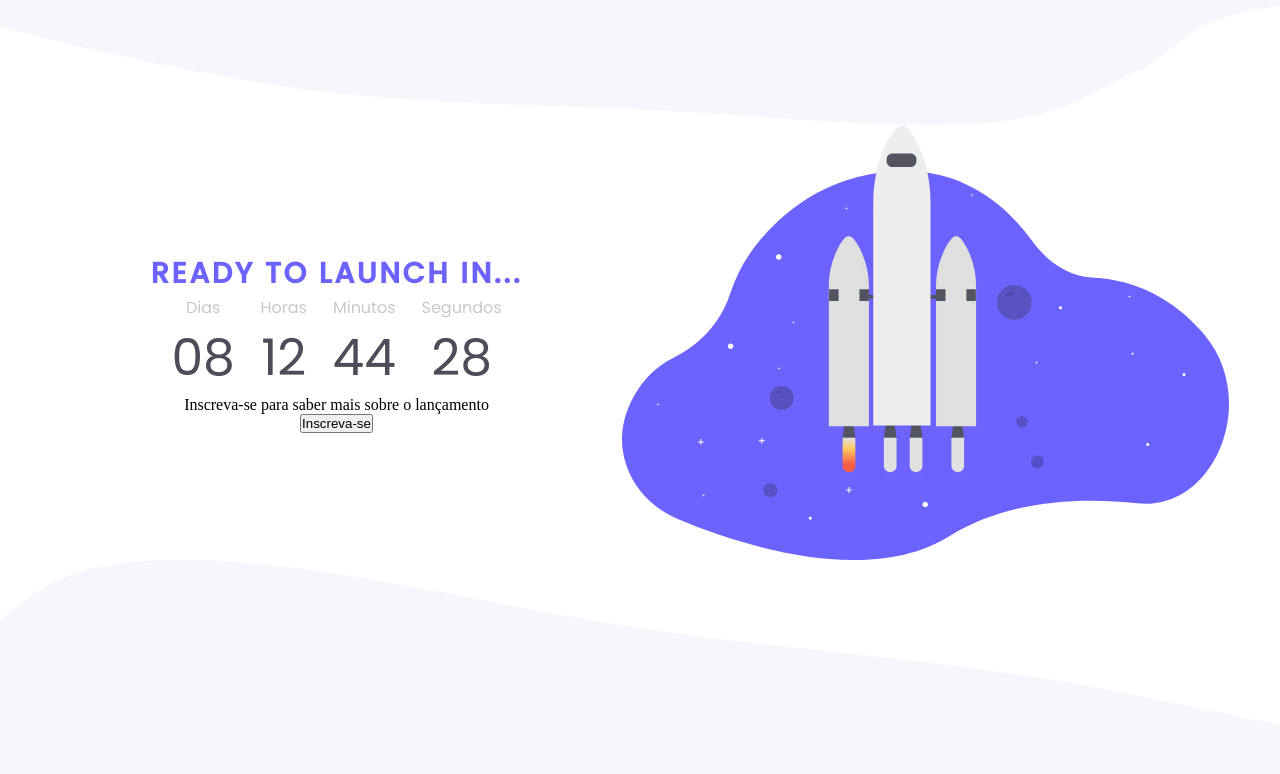
Repository: BrunoBross/countdown
Page: index.html
These files come from the project's save history. The page is drawn as it stood at one moment and after a run of saves; the edit follows.
The browser window is 1280 px wide. The pictures show the whole page.

Above is the page before, as saved 2021-11-30 00:59:17.

After the next 2 saves:
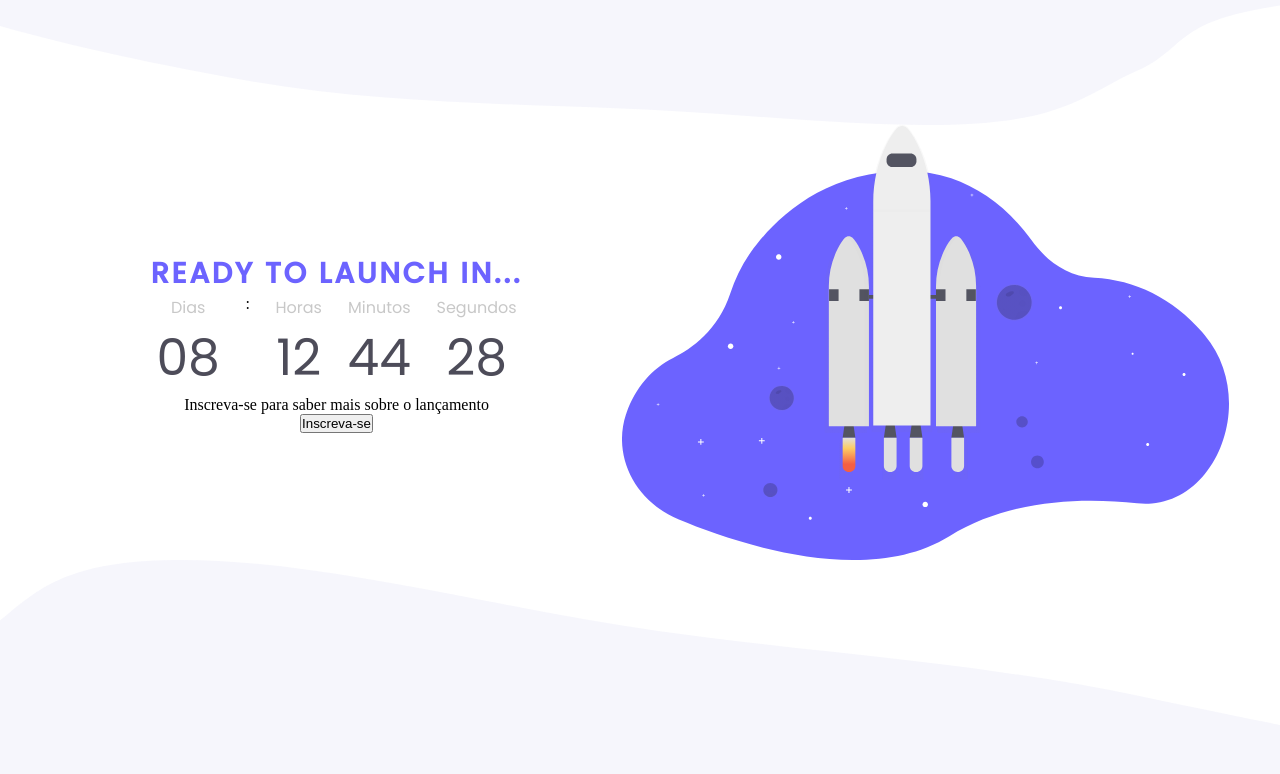
The 2 saves are shown as one change because they came seconds apart.
The last was saved 28 s later.
--- a/index.html
+++ b/index.html
@@ -21,6 +21,7 @@
             <p>Dias</p>
             <h1>08</h1>
           </div>
+          <div><p>:</p></div>
           <div class="time" id="hour">
             <p>Horas</p>
             <h1>12</h1>
